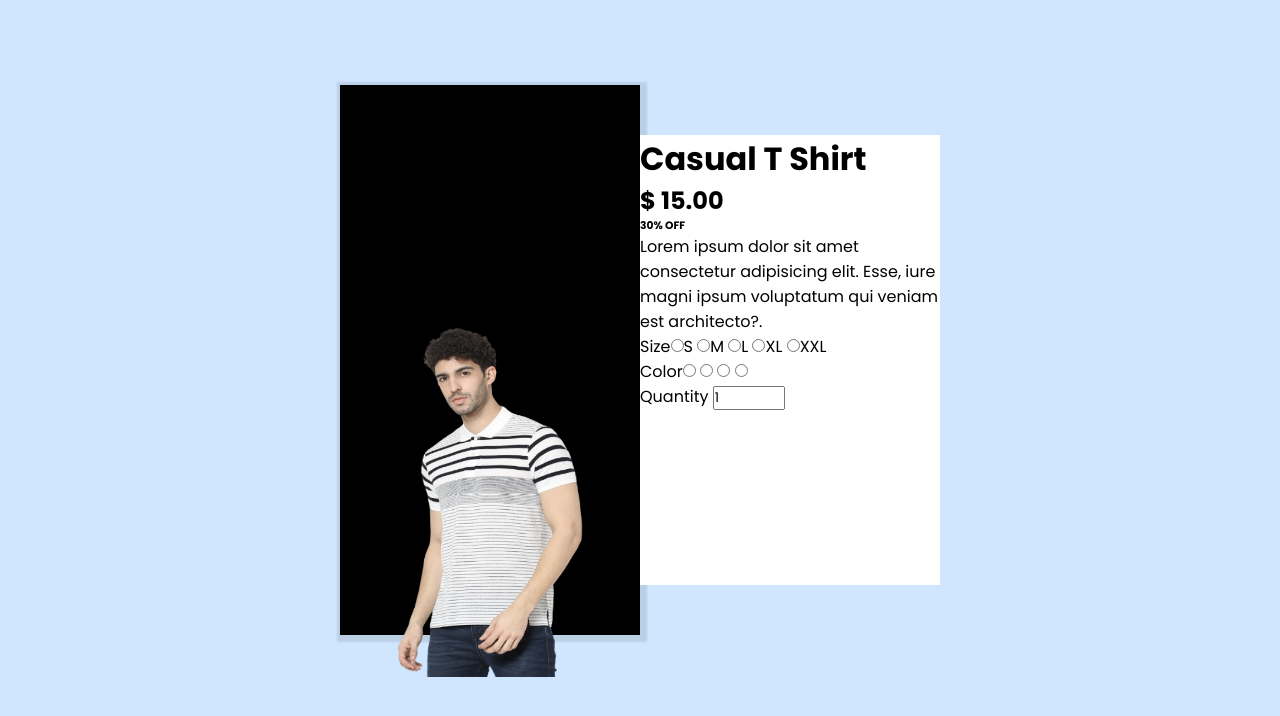
Repository: Ankitkr2021/Product-Page
Page: index.html
These files come from the project's save history. The page is drawn as it stood at one moment and after the next save; the edit follows.
The browser window is 1280 px wide. The pictures show the whole page.

Above is the page before, as saved 2025-10-24 10:54:47.

### index.html
<!DOCTYPE html>
<html lang="en">
<head>
    <meta charset="UTF-8">
    <meta name="viewport" content="width=device-width, initial-scale=1.0">
    <title>Product Page Design</title>
    <link rel="stylesheet" href="./style.css">
</head>
<body>
    <div class="main">
    <div class="left">
    <div class="image1"><img src="./images/image1.png" alt=""></div>
    <div class="image2"></div>
    <div class="image3"></div>
    </div>
    <div class="right">
        <h1>Casual T Shirt</h1>
        <h2>$ 15.00</h2>
        <h6>30% OFF</h6>
        <p>Lorem ipsum dolor sit amet consectetur adipisicing elit. Esse, iure magni ipsum voluptatum qui veniam est architecto?.</p>
       <label>Size<input type="radio" name="size" value="s">S</label>
        <label><input type="radio" name="size" value="m">M</label>
        <label><input type="radio" name="size" value="l">L</label>
        <label><input type="radio" name="size" value="xl">XL</label>
        <label><input type="radio" name="size" value="xxl">XXL</label>

        <div class="color">
        <label>Color<input type="radio" name="color" value="red"></label>
        <label><input type="radio" name="color" value="green"></label>
        <label><input type="radio" name="color" value="blue"></label>
        <label><input type="radio" name="color" value="pink"></label>
        </div>

        <div class="quantity">
            <label>Quantity</label>
             <input type="number" id="qty" name="qty" min="1" max="10" value="1">
        </div>
    </div>
    </div>
</body>
</html>

### style.css
@import url("https://fonts.googleapis.com/css2?family=Poppins:wght@400;700&display=swap");

*{
    margin: 0;
    padding: 0;
    box-sizing: border-box;
    font-family: "Poppins",sans-serif;
}

.main {
    display: flex;
    align-items: center;
    justify-content: center;
    height: 100vh;
    width: 100%;
    background: rgba(187, 219, 255, 0.692);
}

.left {
    height: 550px;
    width: 300px;
    background: #000;
    box-shadow: 2px 2px 2px 5px rgba(0,0,0,0.1);
}

img {
    /* background: green; */
    margin-top: 242px;
    height: 350px;
    width: 300px;
}

.right{
    height: 450px;
    width: 300px;
    background: #fff;
}

After the next save:
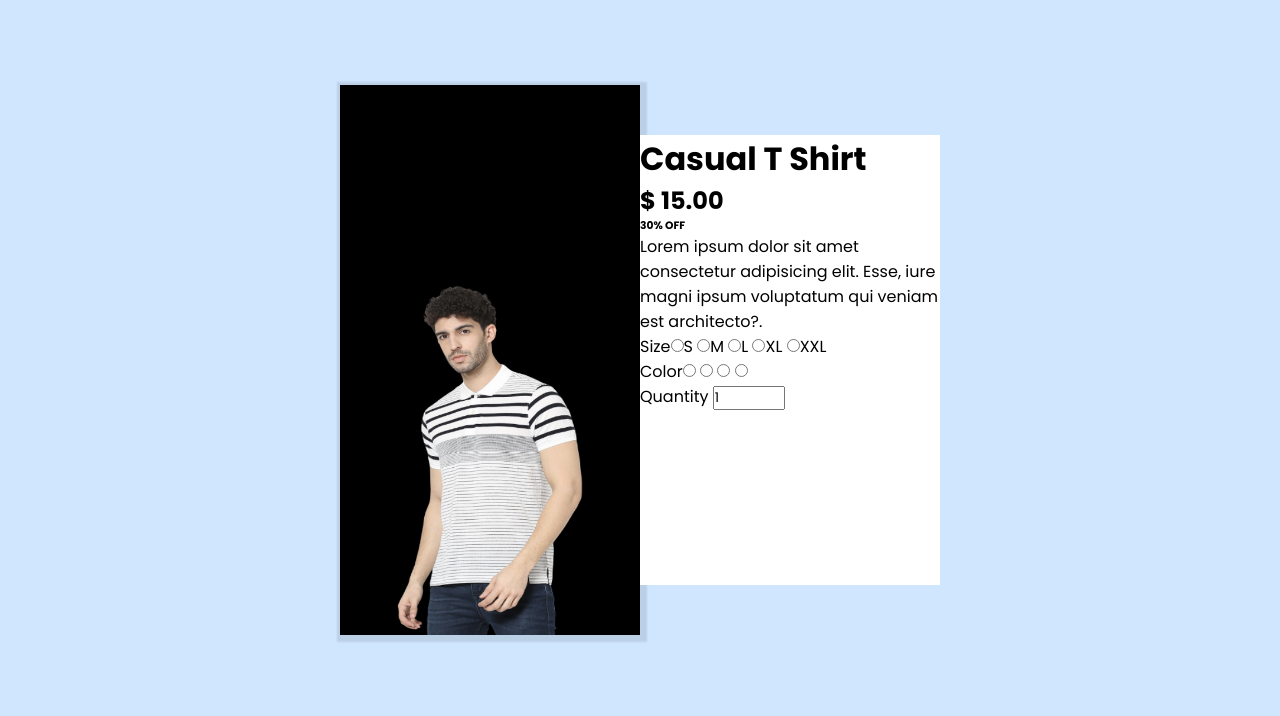
Saved 4 s later.
--- a/style.css
+++ b/style.css
@@ -25,7 +25,7 @@
 
 img {
     /* background: green; */
-    margin-top: 242px;
+    margin-top: 200px;
     height: 350px;
     width: 300px;
 }
